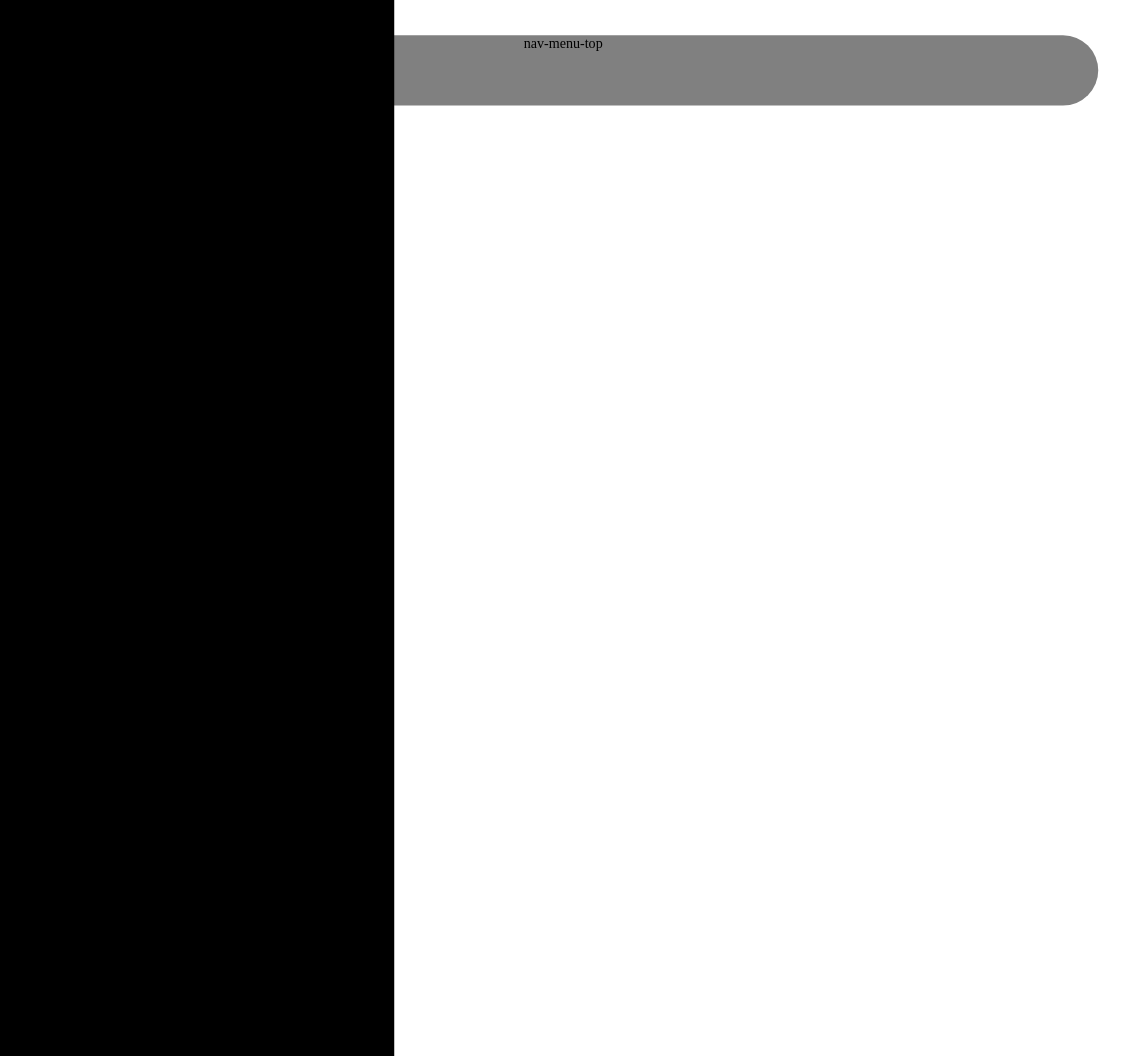
Repository: WesleyErasmus/MyDigitalResume-4
Page: index.html
These files come from the project's save history. The page is drawn as it stood at one moment and after the next save; the edit follows.
The browser window is 1280 px wide. The pictures show the whole page, at 88% of full size.

Above is the page before, as saved 2022-02-15 19:56:16.

After the next save:
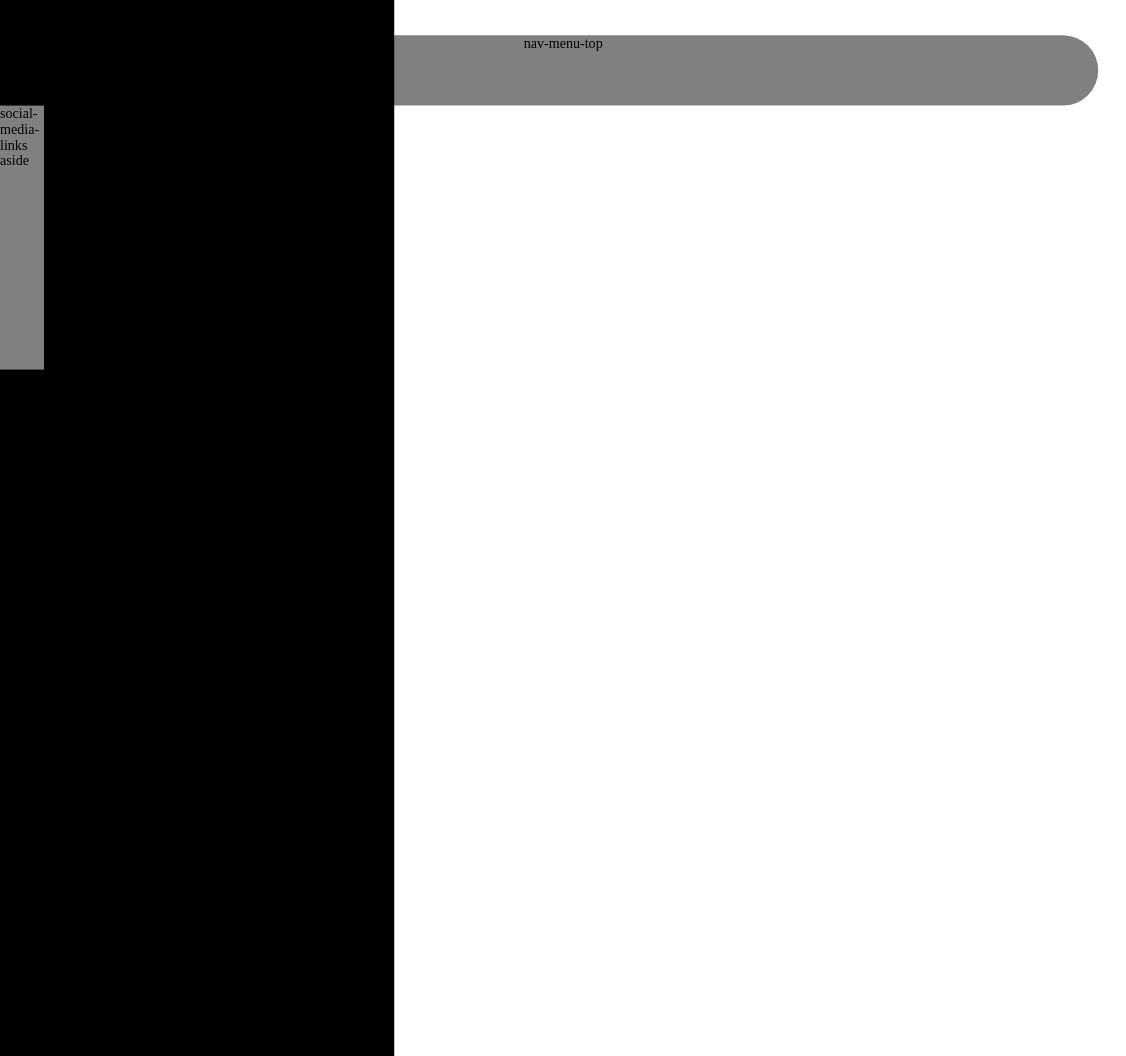
Saved 11 s later.
--- a/stylesheet.css
+++ b/stylesheet.css
@@ -30,7 +30,7 @@ aside.self-portrait {
     width: 35%;
 }
 nav.social-media-links {
-    display: block;
+    position: relative;
     height: 300px;
     width: 50px;
     float: left;
